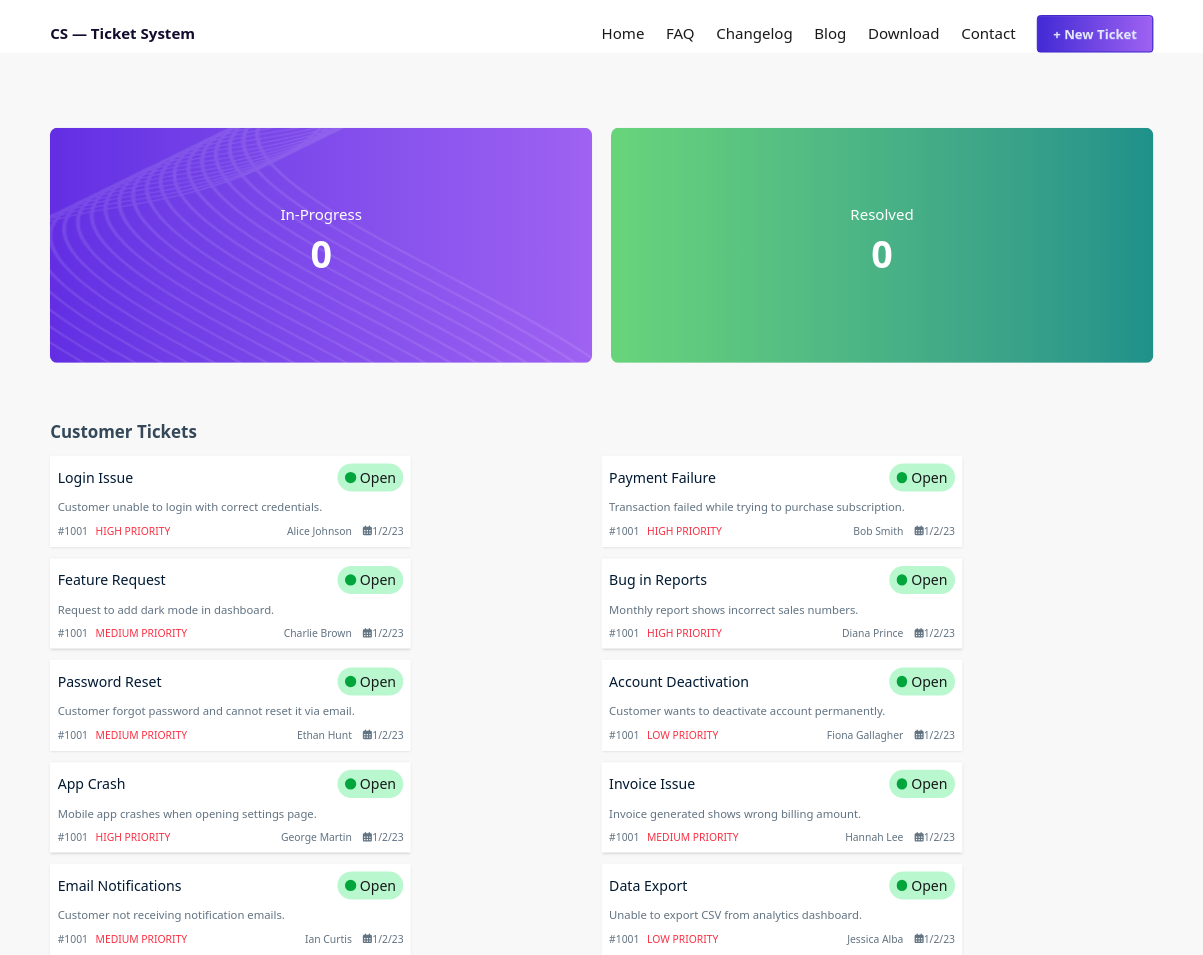
Repository: SanjidaSnigdha/Customer-Support-Zone
Page: /
The author's editor kept a copy of each file at every save. The page is drawn from the files as they stood at one save, then again after the next save.
The browser window is 1280 px wide. The pictures show the whole page, at 94% of full size.
The project was rebuilt for these pictures with package versions that can differ from the ones it lists, and the page was loaded fresh each time. Also part of the build but not shown: vite.config.js, src/App.css.

Above is the page before, as saved 2026-03-24 04:57:33.

### index.html
<!doctype html>
<html lang="en">
  <head>
    <meta charset="UTF-8" />
    <link rel="icon" type="image/svg+xml" href="/favicon.svg" />
    <meta name="viewport" content="width=device-width, initial-scale=1.0" />
    <title>customer-support-zone</title>
  </head>
  <body>
    <div id="root"></div>
    <script type="module" src="/src/main.jsx"></script>
  </body>
</html>

### src/index.css
 @import "tailwindcss";
 @plugin "daisyui" {
  themes: light --default, dark --prefersdark;
  themes: light --default;
 }

### src/App.jsx
import { Suspense, useState } from 'react'
import './App.css'
import Navbar from './component/Navbar/Navbar'
import Banner from './component/Banner/Banner'
import CustomerTickets from './component/CustomerTickets/CustomerTickets'

const fetchTickets = async()=>{
  const res = await fetch("/customers.json")
  return res.json()
}

function App() {
  const customerPromise = fetchTickets()

  return (
    <>
    <div className='flex flex-col'>
   <Navbar></Navbar>
   <div className='flex-1 bg-base-200'>
    <Banner></Banner>
    <Suspense fallback={<span className="loading loading-spinner loading-xl"></span>
}>
          <CustomerTickets customerPromise={customerPromise}></CustomerTickets>

    </Suspense>
   </div>
   </div>

    </>
  )
}

export default App

### src/component/Navbar/Navbar.jsx
import React from 'react';

const Navbar = () => {
    return (
        <div className='flex justify-between w-11/12 mx-auto mt-4'>
            <div className='navbar-start'>
                <h1 className='w-[833px] h-[26px] font-bold text-[#130B2D]'>CS — Ticket System</h1>
            </div>
            <div className='navbar-end justify-between gap-3 text-[#000000]/90'>
                <a>Home</a>
                <a>FAQ</a>
                <a>Changelog</a>
                <a>Blog</a>
                <a>Download</a>
                <a>Contact</a>
         <button className='btn btn-primary bg-gradient-to-r from [#632EE3] to-[#9F62F2]'>+ New Ticket</button>
            </div>
        </div>
    );
};

export default Navbar;

### src/component/Banner/Banner.jsx
import React from 'react';
import vectorImg1 from '../../assets/vector1.png'
import vectorImg2 from '../../assets/vector2.png'

const Banner = () => {
    return (
        <div className='flex justify-between w-11/12 mx-auto mt-20 gap-5'>
            <div className='relative'>
             <img src={vectorImg1} alt="" className=' bg-gradient-to-r from-[#632EE3] to-[#9F62F2] w-[700px] h-[250px] rounded-[8px]'/>
             <p className='absolute text-center inset-20 text-[#FFFFFF]'>In-Progress<br /><span className='font-bold text-[#FFFFFF] text-[40px]'>
                0</span></p>

            </div>
            <div className='relative'>
      <img src={vectorImg2} alt="" className='bg-gradient-to-r from-[#54CF68] to-[#00827A] w-[700px] h-[250px] rounded-[8px]'/>
        <p className='absolute text-center inset-20 text-[#FFFFFF]'>Resolved<br /><span className='font-bold text-[#FFFFFF] text-[40px]'>
                0</span></p>

            </div>
        </div>
    );
};

export default Banner;

### src/component/CustomerTickets/CustomerTickets.jsx
import React, { use } from 'react';
import { FontAwesomeIcon } from '@fortawesome/react-fontawesome'
import { faCalendarDays } from '@fortawesome/free-solid-svg-icons'
const CustomerTickets = ({customerPromise}) => {
    const customerTicket = use(customerPromise)
    console.log(customerTicket)
    return (
        <div className='w-11/12 mx-auto'>
         <h1 className='font-semibold text-[#34485A] text-[18px] mt-15'>Customer Tickets</h1>
         <div className='grid grid-cols-2'>


    {
        customerTicket.map(customer=>

              <div className="card w-96 bg-base-100 card-xs shadow-sm mt-3 rounded-none">
  <div className="card-body">
    <div className='flex justify-between'>
     <h2 className="card-title text-[#001931] font-medium text-[15px]">{customer.title}</h2>
     <button className='rounded-4xl bg-[#B9F8CF] w-[70px] h-[30px] flex items-center gap-1 p-2 font-medium text-[15px]'><span className='bg-[#02A53B] rounded-full w-3 h-3'></span>Open</button>

    </div>
    <p className='text-[#627382] text-[12px] font-medium'>{customer.description}</p>
    <div className="flex justify-between card-actions">
        <div className='flex gap-2'>
        <p className='text-[#627382] font-medium'>#1001</p>
        <p className='text-[#F83044] font-medium'>{customer.priority}</p>
        </div>
        <div className='flex gap-3'>
            <p className='text-[#627382] font-medium'>{customer.customer}</p>
            <p className='text-[#627382] font-medium'><FontAwesomeIcon icon ={faCalendarDays}  />1/2/23</p>

        </div>

    </div>
  </div>
</div>
        )
    }

        </div>

        </div>
    );
};

export default CustomerTickets;

### public/customers.json
[
  {
    "id": 1,
    "title": "Login Issue",
    "description": "Customer unable to login with correct credentials.",
    "customer": "Alice Johnson",
    "priority": "HIGH PRIORITY",
    "status": "Open",
    "createdAt": "2026-03-20T10:15:00Z"
  },
  {
    "id": 2,
    "title": "Payment Failure",
    "description": "Transaction failed while trying to purchase subscription.",
    "customer": "Bob Smith",
    "priority": "HIGH PRIORITY",
    "status": "Pending",
    "createdAt": "2026-03-21T14:22:00Z"
  },
  {
    "id": 3,
    "title": "Feature Request",
    "description": "Request to add dark mode in dashboard.",
    "customer": "Charlie Brown",
    "priority": "MEDIUM PRIORITY",
    "status": "Open",
    "createdAt": "2026-03-22T09:30:00Z"
  },
  {
    "id": 4,
    "title": "Bug in Reports",
    "description": "Monthly report shows incorrect sales numbers.",
    "customer": "Diana Prince",
    "priority": "HIGH PRIORITY",
    "status": "In Progress",
    "createdAt": "2026-03-22T11:45:00Z"
  },
  {
    "id": 5,
    "title": "Password Reset",
    "description": "Customer forgot password and cannot reset it via email.",
    "customer": "Ethan Hunt",
    "priority": "MEDIUM PRIORITY",
    "status": "Resolved",
    "createdAt": "2026-03-23T08:10:00Z"
  },
  {
    "id": 6,
    "title": "Account Deactivation",
    "description": "Customer wants to deactivate account permanently.",
    "customer": "Fiona Gallagher",
    "priority": "LOW PRIORITY",
    "status": "Pending",
    "createdAt": "2026-03-23T12:05:00Z"
  },
  {
    "id": 7,
    "title": "App Crash",
    "description": "Mobile app crashes when opening settings page.",
    "customer": "George Martin",
    "priority": "HIGH PRIORITY",
    "status": "Open",
    "createdAt": "2026-03-24T07:50:00Z"
  },
  {
    "id": 8,
    "title": "Invoice Issue",
    "description": "Invoice generated shows wrong billing amount.",
    "customer": "Hannah Lee",
    "priority": "MEDIUM PRIORITY",
    "status": "In Progress",
    "createdAt": "2026-03-24T09:30:00Z"
  },
  {
    "id": 9,
    "title": "Email Notifications",
    "description": "Customer not receiving notification emails.",
    "customer": "Ian Curtis",
    "priority": "MEDIUM PRIORITY",
    "status": "Open",
    "createdAt": "2026-03-24T10:00:00Z"
  },
  {
    "id": 10,
    "title": "Data Export",
    "description": "Unable to export CSV from analytics dashboard.",
    "customer": "Jessica Alba",
    "priority": "LOW PRIORITY",
    "status": "Resolved",
    "createdAt": "2026-03-24T11:15:00Z"
  }
]

Loaded but not shown: src/main.jsx (common file)

After the next save:
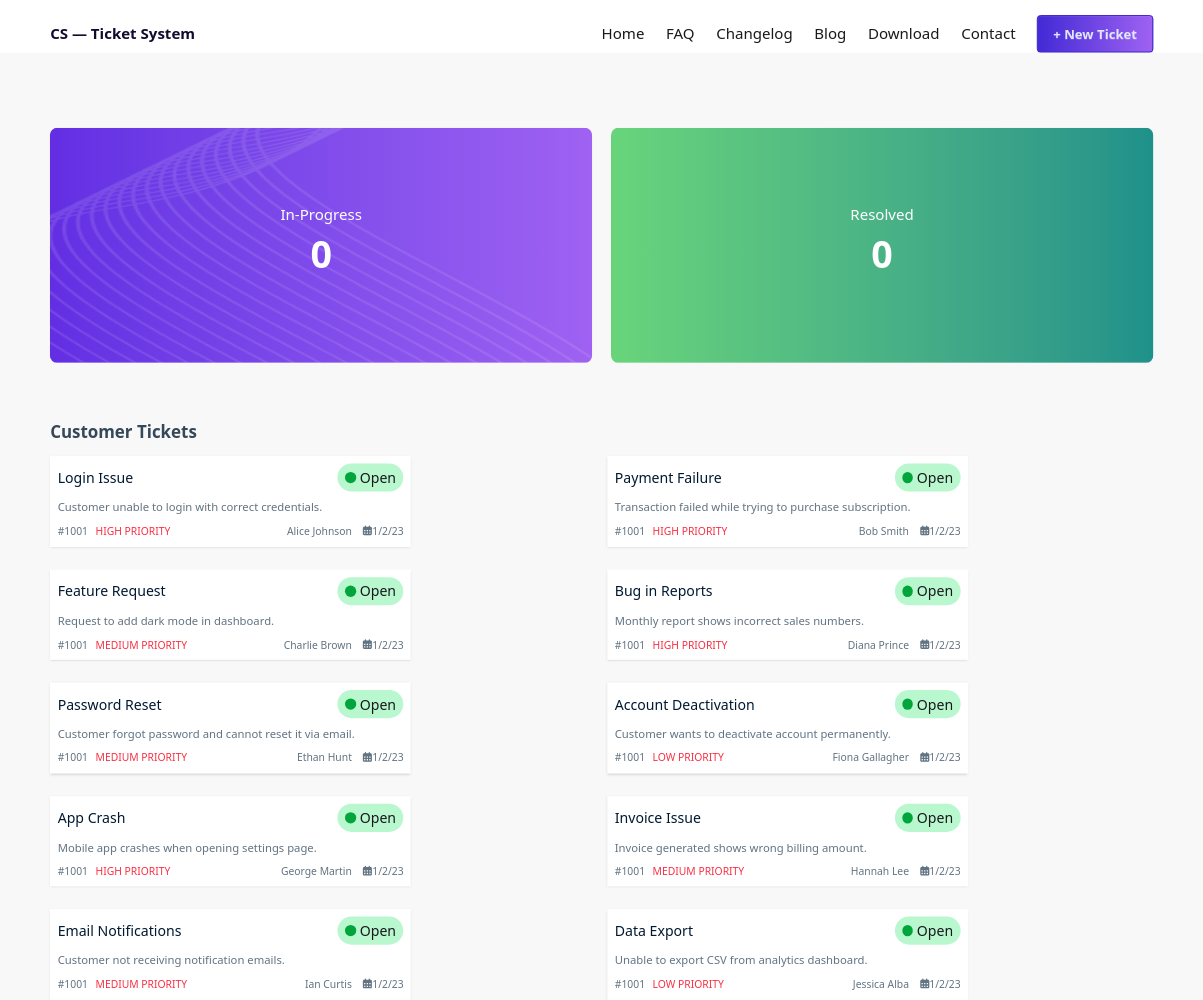
Saved 97 s later.
--- a/src/component/CustomerTickets/CustomerTickets.jsx
+++ b/src/component/CustomerTickets/CustomerTickets.jsx
@@ -7,7 +7,7 @@ const CustomerTickets = ({customerPromise}) => {
     return (
         <div className='w-11/12 mx-auto'>
          <h1 className='font-semibold text-[#34485A] text-[18px] mt-15'>Customer Tickets</h1>
-         <div className='grid grid-cols-2'>
+         <div className='grid grid-cols-2 gap-3'>
 
 
     {
